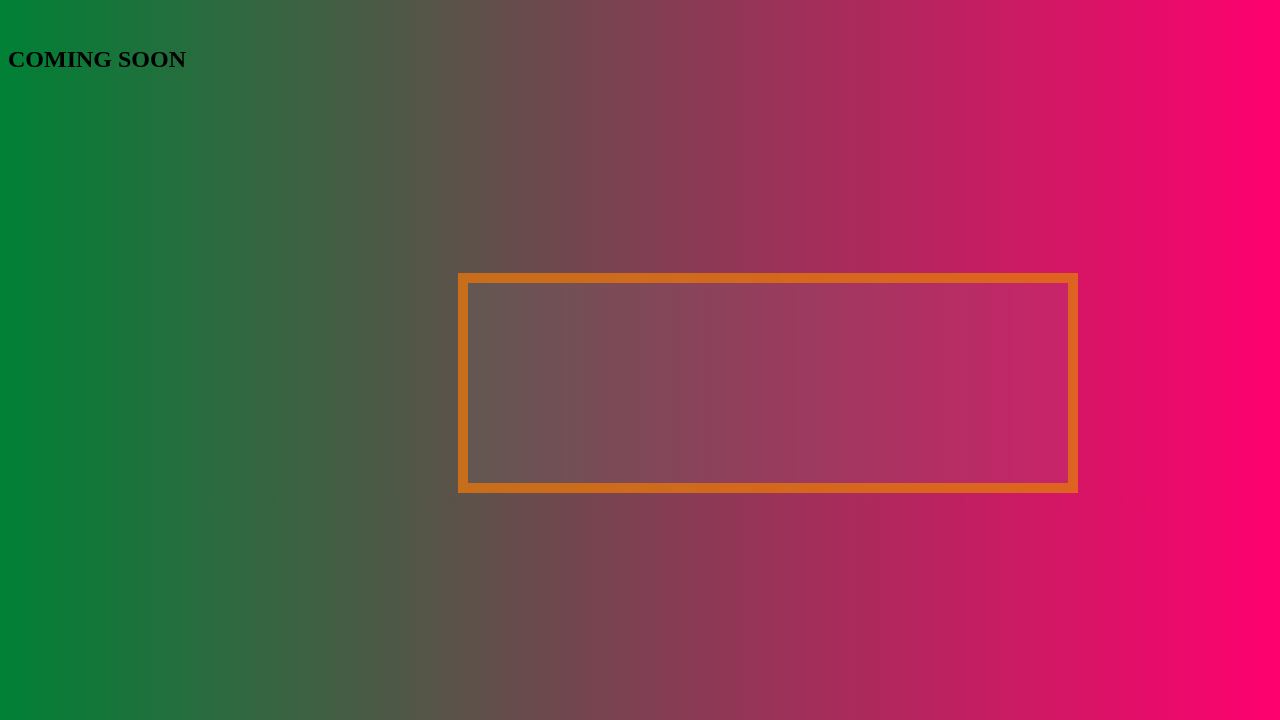
Repository: dubeprince/Web-Applications
Page: Countdown Timer/index.html
The author's editor kept a copy of each file at every save. The page is drawn from the files as they stood at one save, then again after the next save.
The browser window is 1280 px wide. The pictures show the whole page.

Above is the page before, as saved 2023-05-26 18:27:04.

### Countdown Timer/index.html
<!DOCTYPE html>
<html lang="en">
<head>
    <meta charset="UTF-8">
    <meta http-equiv="X-UA-Compatible" content="IE=edge">
    <meta name="viewport" content="width=device-width, initial-scale=1.0">
    <title>Surprise</title>
    <link rel="stylesheet" href="style.css">
</head>
<body>
    <div class="text">
        <img src="" alt="">
        <h2>COMING SOON</h2>
    </div>
    <div class="card">

    </div>

</body>
</html>

### Countdown Timer/style.css
body{
    background-color: aqua;
    background-image: linear-gradient(to right,rgb(0, 128, 53),rgb(255, 0, 111));
}
.card{
    background-color: rgba(128, 128, 128, 0.132);
    margin-left: 450px;
    margin-top: 200px;
    border: solid rgba(228, 116, 12, 0.786);
    border-width: 10px;
    height: 200px;
    width: 600px;
    position: relative;
}

After the next save:
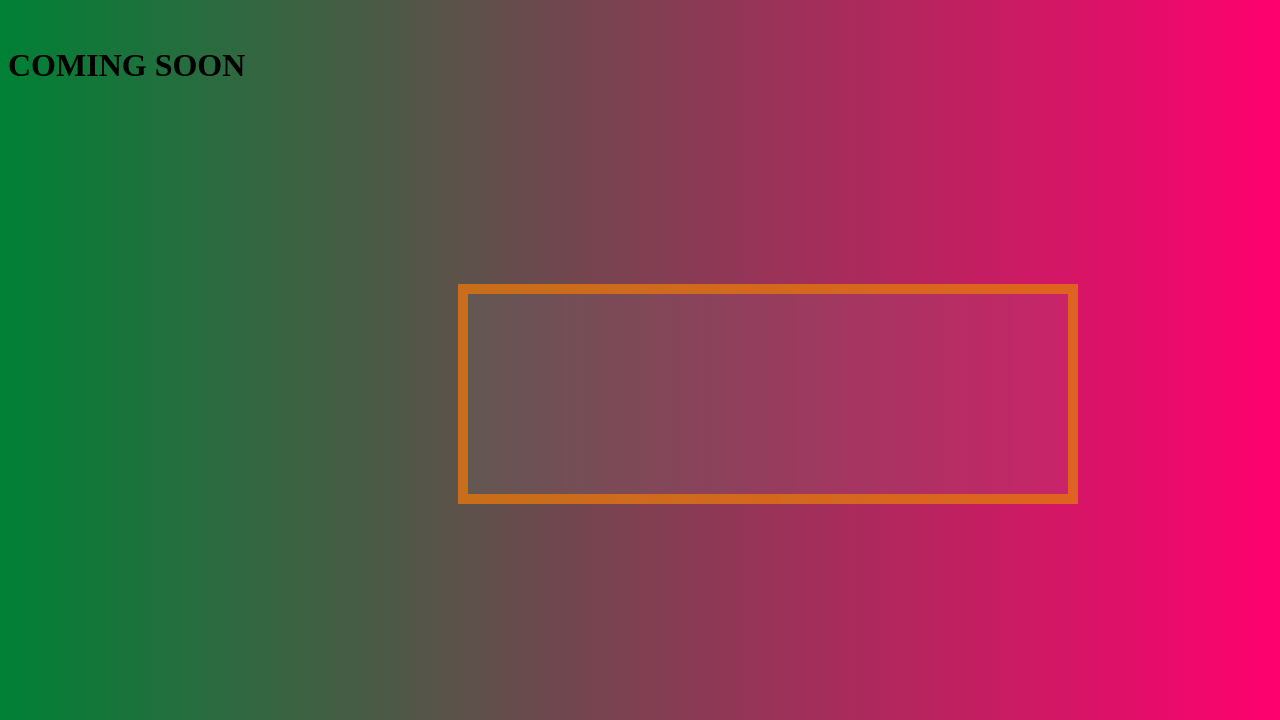
Saved 14 s later.
--- a/Countdown Timer/index.html
+++ b/Countdown Timer/index.html
@@ -10,7 +10,7 @@
 <body>
     <div class="text">
         <img src="" alt="">
-        <h2>COMING SOON</h2>
+        <h1>COMING SOON</h1>
     </div>
     <div class="card">
 
